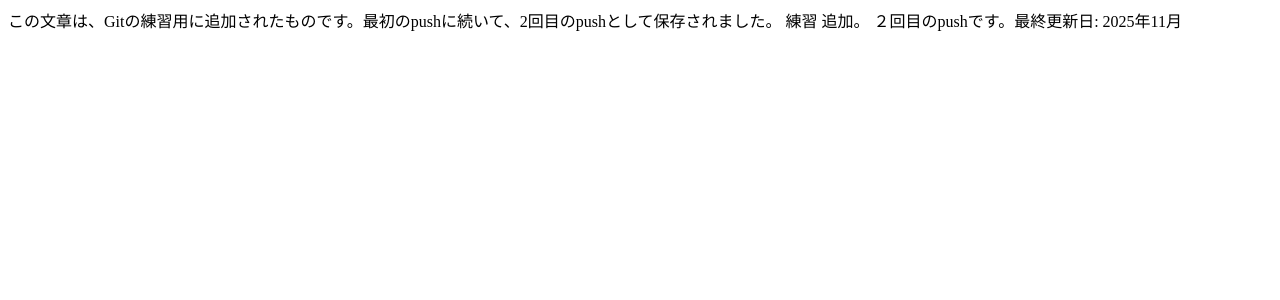
Repository: toshiogawa/git-sample-udemy
Page: git-prac.html
The author's editor kept a copy of each file at every save. The page is drawn from the files as they stood at one save, then again after the next save.
The browser window is 1280 px wide. The pictures show the whole page.

Above is the page before, as saved 2025-11-22 00:51:00.

After the next save:
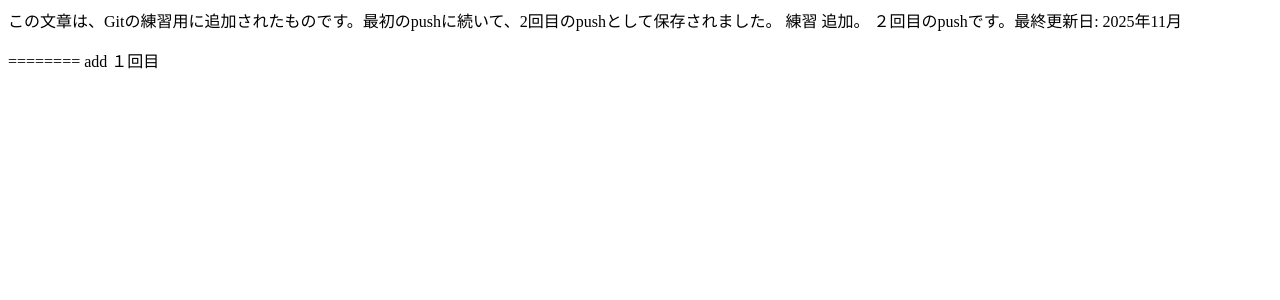
Saved 12 min 15 s later.
--- a/git-prac.html
+++ b/git-prac.html
@@ -2,3 +2,5 @@
   この文章は、Gitの練習用に追加されたものです。最初のpushに続いて、2回目のpushとして保存されました。
   練習 追加。 ２回目のpushです。最終更新日: 2025年11月
 </p>
+
+======== add １回目
